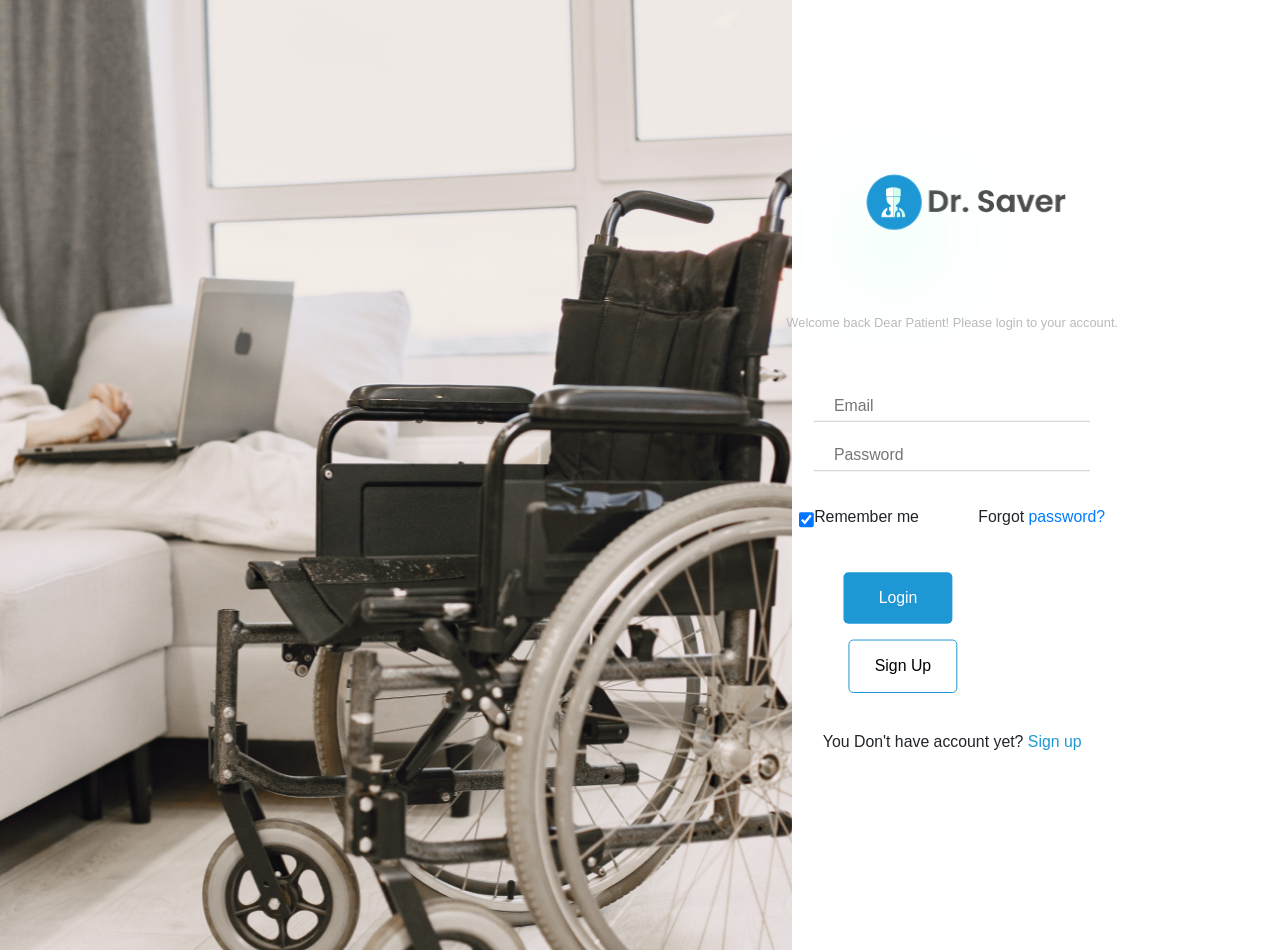
Repository: nsra/hadeel_doctor_system
Page: patient/Plogin.html
The author's editor kept a copy of each file at every save. The page is drawn from the files as they stood at one save, then again after the next save.
The browser window is 1280 px wide. The page is 1295 px wide, so the pictures cover 1295 px, including what lies to the right of the window. The pictures show the whole page, at 99% of full size.
Some web fonts or font styles are not loaded; a fallback is used. Some web libraries are served in a nearby version.

Above is the page before, as saved 2022-03-29 17:04:58.

### patient/Plogin.html
<!DOCTYPE html>
<html lang="en">
<head>
    <meta charset="UTF-8">
    <meta http-equiv="content-type" content="text/html; charset=UTF-8">
    <title>DrSaver</title>
    <link rel="shortcut icon" href="../assets/img/doctor.png" type="image/x-icon">
    <link rel="stylesheet" href="https://maxcdn.bootstrapcdn.com/bootstrap/4.0.0/css/bootstrap.min.css" integrity="sha384-Gn5384xqQ1aoWXA+058RXPxPg6fy4IWvTNh0E263XmFcJlSAwiGgFAW/dAiS6JXm" crossorigin="anonymous">
    <link rel="stylesheet" href="https://pro.fontawesome.com/releases/v5.10.0/css/all.css" integrity="sha384-AYmEC3Yw5cVb3ZcuHtOA93w35dYTsvhLPVnYs9eStHfGJvOvKxVfELGroGkvsg+p" crossorigin="anonymous"/>
    <link rel="stylesheet" href="../assets/css/style.css" type="text/css">
    <link rel="preconnect" href="https://fonts.gstatic.com">
    <link href="https://fonts.googleapis.com/css2?family=Tajawal:wght@700&display=swap" rel="stylesheet">
    <meta name="viewport" content="width=device-width, initial-scale=1, shrink-to-fit=no">
</head>
<body>
<section class="loginSection">
    <div class="row window-full">
        <div class="hero col-6 float-right ">
           <img  src="../assets/img/plogin.png"></img>

        </div>
        <div class="col-6 float-left text-center">
            <img class="fleft" src="../assets/img/log1.png"></img>
            <div class="fright pd-y">
               <br>
           <p  class="pcol">Welcome back Dear Patient! Please login to your account.</p>

          <form action="action_page.php" method="post">

              <input type="email" placeholder="Email" name="email" required>


              <input type="password" placeholder="Password" name="psw" required>
          <br>
          <div class="row"  >

                <input type="checkbox" checked="checked" style="width:15px; " name="remember"> Remember me

              <span class="psw">Forgot <a href="#">password?</a></span>
            </div>

    <div class="row"  style=" margin: 30px;">
        <button type="button" onclick="document.getElementById('id01').style.display='none'" style="width: 50%;" >Login</button>
        <button type="button" onclick="document.getElementById('id02').style.display='none'"style="width: 50%; margin-left:5px ;" class="signbtn">Sign Up</button>
      </div>
      <p>You Don't have account yet? <span id="cplue">Sign up</span> </p>


          </form>
        </div>
      </div>
    </div>
</section>

<script src="https://ajax.googleapis.com/ajax/libs/jquery/3.5.1/jquery.min.js"></script>
<!-- Popper.JS -->
<script src="https://cdnjs.cloudflare.com/ajax/libs/popper.js/1.14.0/umd/popper.min.js" integrity="sha384-cs/chFZiN24E4KMATLdqdvsezGxaGsi4hLGOzlXwp5UZB1LY//20VyM2taTB4QvJ" crossorigin="anonymous"></script>
<!-- Bootstrap JS -->
<script src="https://stackpath.bootstrapcdn.com/bootstrap/4.1.0/js/bootstrap.min.js" integrity="sha384-uefMccjFJAIv6A+rW+L4AHf99KvxDjWSu1z9VI8SKNVmz4sk7buKt/6v9KI65qnm" crossorigin="anonymous"></script>
<script src="assets/js/scripts.js"></script>

</body>
</html>

### assets/css/style.css
 /*common*/


.overlay{
    position:absolute;
    width:  100%;
    height: 100%;
    top: 0;
    left: 0;
    background-color: rgba(3, 3, 3, 0.7);
}
.hover-opacity{
    transition: opacity .5s;
}
.hover-opacity:hover{
opacity: 0.8;
}

/*general css*/
:root{
    --maincolor:#6195ff;
}
*{
    margin: 0;
    padding: 0;
    box-sizing: border-box;
}
ul{
    list-style: none;
}
.container{
    width: 80%;

    margin: auto;/*elment in the center*/
}
body{
    font-family: 'Varela Round', sans-serif;
}
.clear{
    clear: both;
}
h1,h2,h3,h4,h5,h6{
    font-family: montserrat,sans-serif;
}
button{
    font-family: inherit;
}
a{
    text-decoration: none;
}
.pd-y{
    padding: 100px 0;
}
.section-header{
    text-align: center;
    margin-bottom: 20px;
}
.section-header .section-title{
    font-size: 35px;
    text-transform: capitalize;
    margin-bottom: 10px;
}
.section-header .line{
display: block;
height: 5px;
width: 60px;
margin: 0 auto 70px auto;
background-color: var(--maincolor);
}

.ltr-effect,.tb-effect{
    position: relative;
}
.ltr-effect::after,.tb-effect::after{
position: absolute;
content: "";
top: 0;
right: 0;
left: 0;
bottom: 0;
background: #333;
z-index:-1 ;

}
.ltr-effect:hover::after{
width: 100%;
}
.ltr-effect::after{
    width: 0;
    transition: width 0.5s;
}
.tb-effect::after{
 height: 0;
 transition: height 0.5s;

}
.tb-effect:hover::after{
height: 100%;
}
/* header*/
.header{
    position:fixed;
    width: 100%;
    z-index: 15;
    height: 10%;
  }

 b{
     color: #ffff;

 }
.header .logo{
    width: 50%;
  float: left;
 }
.header .logo img{
    width: 120px;
    margin-left: 20px;
   }
.header .nav{
    width: 50%;
     float: left;
    list-style: none;
    text-align: right;
}
.header .nav > li{
    display: inline-block;

    text-align: right;
}
.header .nav > li > a{
    color: #fff;
    font-size: 15px;

    display: block;
    padding: 30px 15px;
}

.header .nav > li > a.active:after{
content: "";
display: block;
margin-top: 2px;
height: 3px;
background-color: #6195ff;
transition: width 0.5s;

}
.header .nav > li > a.active:after{
    width: 100%;
}

.header .nav > li > a:after{
width: 0;
}
.header .nav > li > a:hover::after{
    width: 100%;
    }
    .dropdown{
        position: relative;
    }
    .dropdown-menu{
        position: absolute;
        background: #6195ff;
        width: 150px;
        text-align: right;
        left: -50%;
        top: 70%;
        opacity: 0;
        visibility: hidden;
        transition: opacity 0.5s;
    }
    .dropdown-menu a{
        color:#fff;
        display: block;
        padding: 10px;

    }
    .dropdown:hover .dropdown-menu{
        opacity: 1;
        visibility:visible;
    }
/*Home section*/
.home{
    height: 100vh;
    background-image: url(../img/background.png);
    background-size: cover;
    position: relative;
}
.home-content{
    position: absolute;
    width: 65%;
    top: 50%;
    left: 50%;
    transform: translate(-50%,-50%);
    text-align: left;
}
.home .title{

margin: 20px 0;
color: var(--maincolor);
letter-spacing: 2px;
line-height: 1.5;
}
.home .home-desc{
    color: #fff;
    font-size: 3.5rem;
    text-transform: uppercase;
}
.home .btn{
    max-width: 150px;
    padding: 15px 0;
    border-radius: 5px;
    border: 0;
    cursor: pointer;
    font-size: 18px;
}

.home .btn-learn{
    background-color: #6195ff;
    color:#fff;

}

nav{
    font-size: 18px;
}
.navbar-light .navbar-brand{
    font-size: 32px;
 }

.navbar-light .navbar-nav .nav-link{
    color: black;
}

 #cplue{
     color:#1E97D5 ;
 }
 .bplue{
background-color: #dce0e4;
 color: #1E97D5;
 }
 .fleft{
     position: relative;
     margin-top: 11%;
    margin-right: 20%;
 }
 .fright{
     position:absolute;
     right:25%;
     top: 20%;
 }
 .pcol{
     color: rgb(189, 185, 185);
     font-size: small;
 }

/*About section*/

.about-content{
    overflow: hidden;
}
.about-item{
     width: 30%;
    float: left;
text-align: center;
border: 1px solid #e8e8e8;
padding: 50px 20px;
}

.about-item.mg{
    margin: 0 5%;
}
.about-item:hover .about-item-title{
    color: #fff;
}
.about-item .icon{
    color: #6195ff;
    margin-bottom: 10px;
}
.about-item-title{
    text-transform: capitalize;
    margin-bottom: 10px;
    transition: color 0.5s;
}
.about-item-desc{
    line-height: 1.6;
    margin-bottom: 10px;
    color:#999 ;
}
.about-item-link{
color: #6195ff;
text-transform: capitalize;
}

/*number section*/
.numbers{
    position: relative;
    background-image: url(../img/background.png);
    background-size: cover;
    background-attachment: fixed;
    height: 300px;
}
.numbers-item{
    overflow: hidden;

}
.number-item{
width: 25%;
float: left;
text-align: center;
}
.number-item .icon{
    color: #6195ff;
    margin-bottom: 15px;
}
.number-item-title{
    font-weight: bold;
    font-size: 30px;
    color: #fff;

}
.number-item-text{
    color: #fff;
}

/*Blog page*/
.blog{
    background: #f9f9f9;
}

.blog-content{
    overflow: hidden;
}
.blog-item{
    width: 30%;
    float: left;
    background: #fff;
}
.blog-item-img img{
width: 100%;
}

.blog-info{
    padding: 20px;
}

.blog-list{
    list-style: none;
    margin: 20px 0;
}
.blog-list li{
    display: inline-block;
    margin: 0 5px;
}

.blog-list li i{
    color: #6195ff;
}
.blog-title{
    font-weight: bold;
    margin: 20px 0;
}
.blog-desc{
    color: #999;
    margin-bottom: 10px;
    line-height: 1.5;
 }
.blog-link{
    color: #6195ff;
}
.blog-item.mg{
    margin: 0 5%;
}

/*contact section*/

/*footer section*/
.footer{
    background: #1c1d23;
    text-align: center;
    padding: 60px 0;
}
.footer-links{
    list-style: none;
    margin: 20px 0;
}
.footer-links li{
    display: inline-block;

}
.footer-links li a{
    display: block;
    width: 50px;
    height: 50px;
    background: #6195ff;
    color: #fff;
    margin: 0 5px;
    border-radius: 50%;
}
.footer-links li a i{
    line-height: 50px;
}

.footer .copyright{
    color: #999;
    font-size: 15px;
    text-transform: uppercase;
}

 /********login******/


  /* Full-width inputs */
  input[type=text], input[type=password] ,input[type=email],input[type=number],input[type=date],input[type=submit]{
    width: 100%;
    padding: 12px 20px;
    margin: 10px 0 ;

    display:flex;
    border: none;
    border-bottom: 1px solid #ccc;

  }

  /* Set a style for all buttons */
  button {
    background-color: #1E97D5;
    color: white;
    padding: 14px 20px;
    margin: 8px 0;
    border: none;
    cursor: pointer;
    width: 40%;

    border-radius: 5px;
  }
  .but{
    padding-top: 10%;
  margin-left: 10%;

    align-items: center;
  }
  /* Add a hover effect for buttons */
  button:hover {
    opacity: 0.8;
  }



  /* Add padding to containers */
  .container {
    padding: 16px;

  }

  .psw{
      margin-left: 60px;
  }
  .signbtn{
      color: #000;
      background-color: #fff;
      border: 1px solid #1E97D5;
  }
  .signbtn:hover{
    background-color: #1E97D5;
    opacity: 0.8;
  }
  .fname{
    position: relative;
  margin-right: 10%;
  }
  .lname {
    position: absolute;
    top: 20%;
    left: 50%;
  }

  /* Change styles for span and cancel button on extra small screens */
  @media screen and (max-width: 300px) {
    span.psw {
      display: block;
      float: none;
    }
    .cancelbtn {
      width: 100%;
    }
  }

.rate{
    margin: 10px;
    float: left;
    background: #eeeeee;
    border-radius: 30px;
}
.rate i{
    color: #ffdb00;
}

.footer {
    display: flex;
    flex-flow: row wrap;
    padding: 30px 30px 20px 30px;
    color: #2f2f2f;
    background-color: #fff;
    border-top: 1px solid #e5e5e5;
  }

  .footer > * {
    flex:  1 100%;
  }

  .footer__addr {
    margin-right: 1.25em;
    margin-bottom: 2em;
  }

  .footer__logo {
    font-family: 'Pacifico', cursive;
    font-weight: 400;
    text-transform: lowercase;
    font-size: 1.5rem;
  }

  .footer__addr h2 {
    margin-top: 1.3em;
    font-size: 15px;
    font-weight: 400;
  }

  .nav__title {
    font-weight: 400;
    font-size: 15px;
  }

  .footer address {
    font-style: normal;
    color: #999;
  }

  .footer__btn {
    display: flex;
    align-items: center;
    justify-content: center;
    height: 36px;
    max-width: max-content;
    background-color: rgb(33, 33, 33, 0.07);
    border-radius: 100px;
    color: #2f2f2f;
    line-height: 0;
    margin: 0.6em 0;
    font-size: 1rem;
    padding: 0 1.3em;
  }

  .footer ul {
    list-style: none;
    padding-left: 0;
  }

  .footer li {
    line-height: 2em;
  }

  .footer a {
    text-decoration: none;
  }

  .footer__nav {
    display: flex;
      flex-flow: row wrap;
  }

  .footer__nav > * {
    flex: 1 50%;
    margin-right: 1.25em;
  }

  .nav__ul a {
    color: #999;
  }

  .nav__ul--extra {
    column-count: 2;
    column-gap: 1.25em;
  }

  .legal {
    display: flex;
    flex-wrap: wrap;
    color: #999;
  }

  .legal__links {
    display: flex;
    align-items: center;
  }

.social{
    padding-top: 50px;
    margin-left: 700px;

}
.socialItem{
   color: #1E97D5;
    border-radius: 50%;
    line-height: 2;
    margin: 15px;
}
.socialItem:hover{
    background: #6db4e4;
    border:  2px white;

}
  .heart {
    color: #2f2f2f;
  }

  @media screen and (min-width: 24.375em) {
    .legal .legal__links {
      margin-left: auto;
    }
  }

  @media screen and (min-width: 40.375em) {
    .footer__nav > * {
      flex: 1;
    }

    .nav__item--extra {
      flex-grow: 2;
    }

    .footer__addr {
      flex: 1 0px;
    }

    .footer__nav {
      flex: 2 0px;
    }
  }
/******** about page ***********/
.heroSection img{
    border-radius: 30px;
}
/******** Pprofile page ***********/

.sidebar {
  margin: 0;
  margin-left: 10%;
  padding: 0;
  width: 30%;
  text-align: center;
  position: absolute;
  height: 100%;
  overflow: auto;

}
 .sidebar a {
  display: block;
  color: black;
  padding: 16px;
  text-decoration: none;
}

@media screen and (max-width: 700px) {
  .sidebar {
    width: 100%;
    height: auto;
    position: relative;
  }
  .sidebar a {float: left;}
  div.content {margin-left: 0;}
}

@media screen and (max-width: 400px) {
  .sidebar a {
    text-align: center;
    float: none;
  }
}


.card{
  width: 95%;
 }

.update{

border: none;
margin-left: 100px;
color: white;
padding: 15px 32px;
text-align: center;
text-decoration: none;
display: inline-block;
font-size: 16px;
}

 ul{
  list-style-type: none;
 }

 input,select{
  height: 30px;
  border:none;
  border-bottom: 1px solid gray;
  outline: none;
 width: 100%;

}
.staryel{
     color: yellow;
 }
form{
display: flex;

width: 100%;
height: 90%;
margin-top:20px;
padding:30px;
display: flex;

flex-direction: column;
justify-content: space-around;
border-radius: 5px;

}

### assets/js/scripts.js
$("#profileImage").click(function(e) {
    $("#imageUpload").click();
});
/****** 100 vh section **********/
var elements = document.getElementsByClassName('window-full');
var windowheight = window.innerHeight + "px";

fullheight(elements);
function fullheight(elements) {
    for(let el in elements){
        if(elements.hasOwnProperty(el)){
            elements[el].style.height = windowheight;
        }
    }
}

window.onresize = function(event){
    fullheight(elements);
}

After the next save:
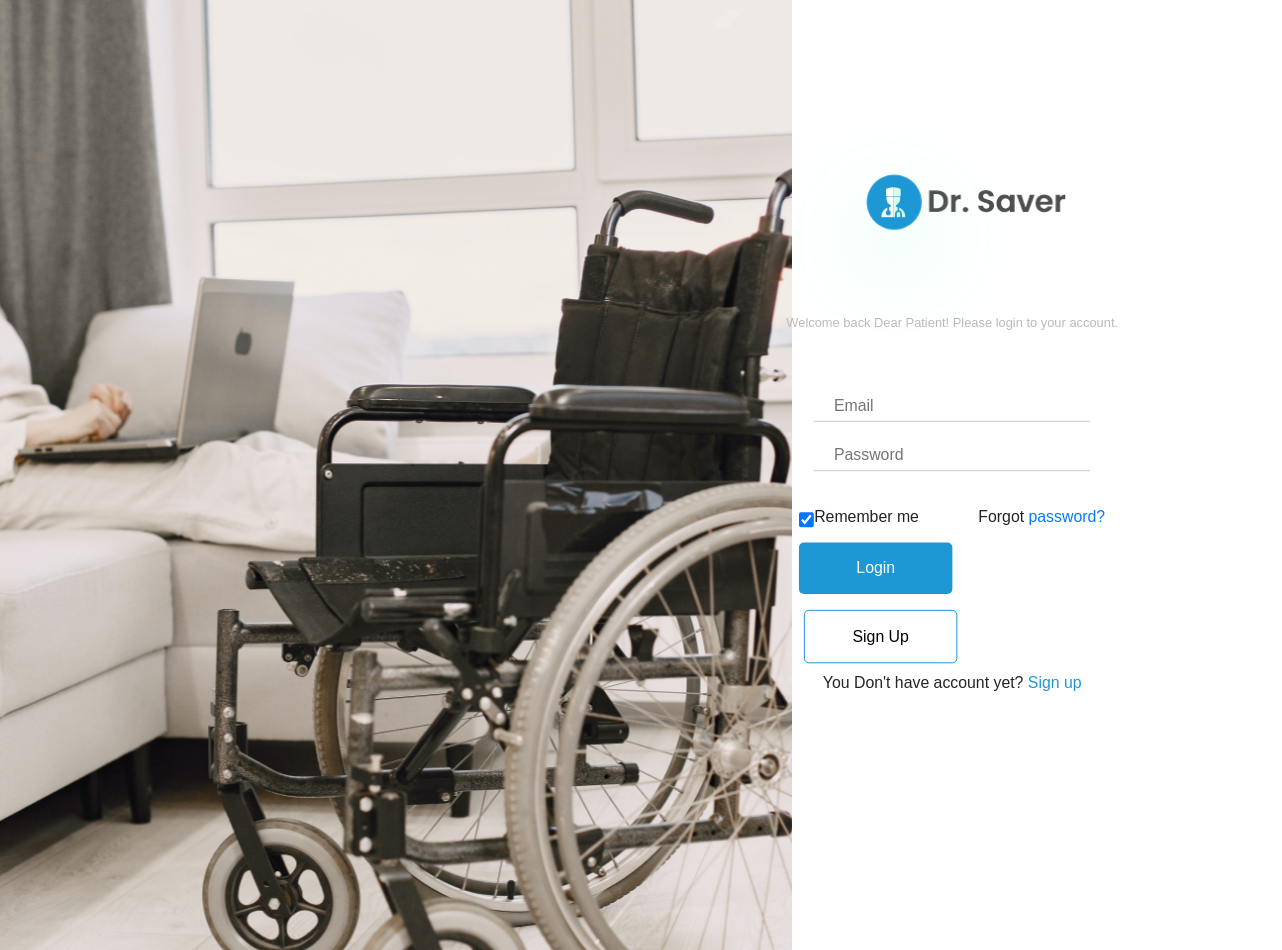
Saved 10 s later.
--- a/patient/Plogin.html
+++ b/patient/Plogin.html
@@ -39,7 +39,7 @@
               <span class="psw">Forgot <a href="#">password?</a></span>
             </div>
 
-    <div class="row"  style=" margin: 30px;">
+    <div class="row"  >
         <button type="button" onclick="document.getElementById('id01').style.display='none'" style="width: 50%;" >Login</button>
         <button type="button" onclick="document.getElementById('id02').style.display='none'"style="width: 50%; margin-left:5px ;" class="signbtn">Sign Up</button>
       </div>
